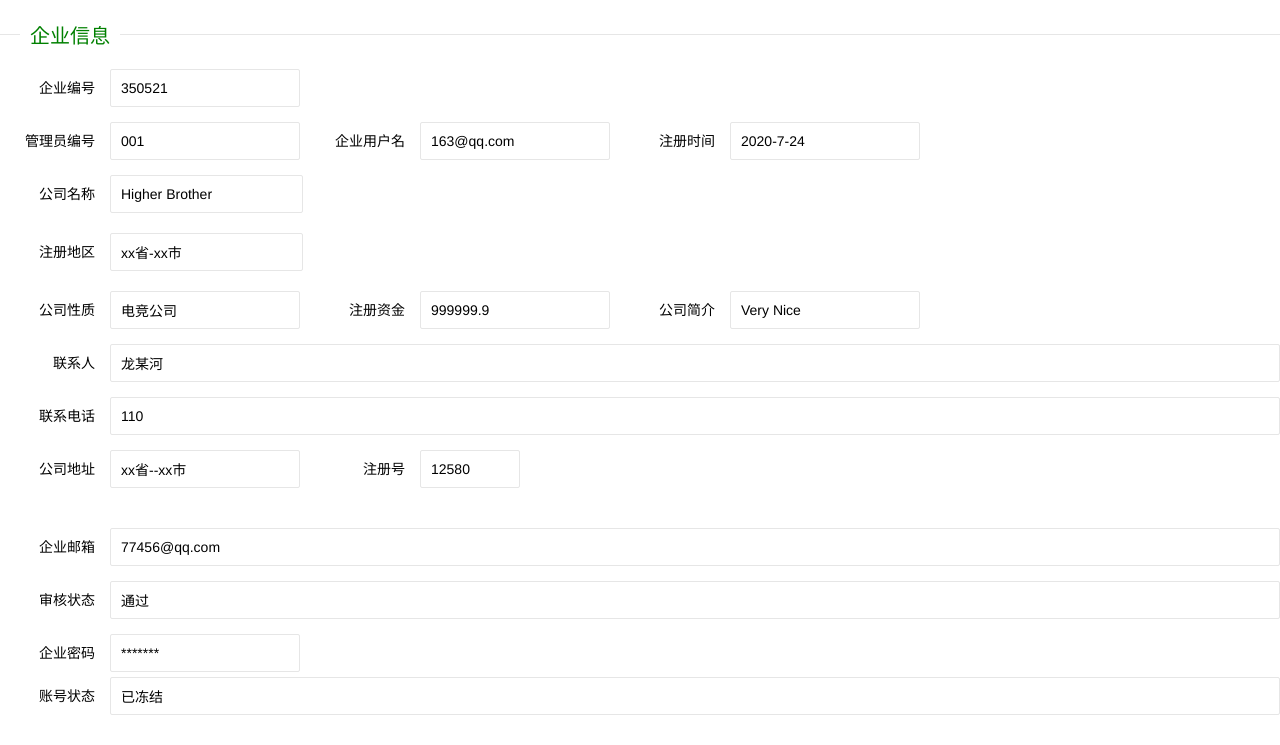
Repository: LongJinhe-coder/java-web-
Page: http://localhost/projectDemo1/displayFirmResume.jsp
These files come from the project's save history. The page is drawn as it stood at one moment and after the next save; the edit follows.
The browser window is 1280 px wide. The pictures show the whole page.
The page is served by Tomcat 9. Other server files are loaded and not shown.

Above is the page before, as saved 2020-07-28 09:46:25.

### MyEclipse CI/projectDemo1/WebRoot/displayFirmResume.jsp
<%@ page language="java" import="java.util.*" pageEncoding="UTF-8"%>
<%
String path = request.getContextPath();
String basePath = request.getScheme()+"://"+request.getServerName()+":"+request.getServerPort()+path+"/";
%>

<!DOCTYPE HTML PUBLIC "-//W3C//DTD HTML 4.01 Transitional//EN">
<html>
  <head>
    <base href="<%=basePath%>">

    <title>My JSP 'personalzhuce.jsp' starting page</title>

	<meta http-equiv="pragma" content="no-cache">
	<meta http-equiv="cache-control" content="no-cache">
	<meta http-equiv="expires" content="0">
	<meta http-equiv="keywords" content="keyword1,keyword2,keyword3">
	<meta http-equiv="description" content="This is my page">
	<!--
	<link rel="stylesheet" type="text/css" href="styles.css">
	-->

 <meta charset="utf-8">
  <title>Layui</title>
  <meta name="renderer" content="webkit">
  <meta http-equiv="X-UA-Compatible" content="IE=edge,chrome=1">
  <meta name="viewport" content="width=device-width, initial-scale=1, maximum-scale=1">
  <link rel="stylesheet" href="layui/css/layui.css"  media="all">
  <!-- 注意：如果你直接复制所有代码到本地，上述css路径需要改成你本地的 -->
  </head>

  <body>
 <fieldset class="layui-elem-field layui-field-title" style="margin-top: 20px;">
  <legend align="left" style="color:green;">企业信息</legend>
</fieldset>
<form class="layui-form" action="">

<div class="layui-form-item">
    <label class="layui-form-label">企业编号</label>
    <div class="layui-input-block">
      <input style="width:190px"type="text" name="firmID" value="350521" readonly="readonly"  autocomplete="off" class="layui-input">
    </div>
  </div>

 <div class="layui-form-item">
    <label class="layui-form-label">管理员编号</label>
    <div class="layui-input-inline">
      <input type="text" name="adminID" value="001" readonly="readonly"  autocomplete="off" class="layui-input">
    </div>
      <label class="layui-form-label">企业用户名</label>
      <div class="layui-input-inline">
        <input type="text" name="firmAccount" value="163@qq.com" readonly="readonly" class="layui-input">
      </div>

      <label class="layui-form-label">注册时间</label>
      <div class="layui-input-inline">
       <input type="text" name="registerTime"  value="2020-7-24" readonly="readonly" class="layui-input">

		</div>
    </div>

   <div class="layui-form-item">
   <div class="layui-inline">
    <label class="layui-form-label">公司名称</label>
    <div class="layui-input-block">
        <input type="text" name="firmName"  value="Higher Brother" readonly="readonly" class="layui-input">
    </div>
  </div>
   </div>

   <div class="layui-form-item">
   <div class="layui-inline">
    <label class="layui-form-label">注册地区</label>
    <div class="layui-input-block">
     <input type="text" name="registerArea"  value="xx省-xx市" readonly="readonly" class="layui-input">
    </div>
  </div>
   </div>

   <div class="layui-form-item">

    <label class="layui-form-label">公司性质</label>
    <div class="layui-input-inline">
      <input type="text" name="firmNature" value="电竞公司" readonly="readonly"  class="layui-input">
    </div>
    <label class="layui-form-label">注册资金</label>
    <div class="layui-input-inline">
      <input type="text" name="registerFund" value="999999.9" readonly="readonly" class="layui-input">
    </div>
    <label class="layui-form-label">公司简介</label>
    <div class="layui-input-inline">
    <input type="text" name="firmBrief" value="Very Nice" readonly="readonly" class="layui-input">
    </div>
  </div>

    <div class="layui-form-item">
    <label class="layui-form-label">联系人</label>
    <div class="layui-input-block">
      <input type="text" name="linkMan" value="龙某河" readonly="readonly" class="layui-input">
    </div>
  </div>

   <div class="layui-form-item">
    <label class="layui-form-label">联系电话</label>
    <div class="layui-input-block">
      <input type="text" name="linkPhone" value="110" readonly="readonly" class="layui-input">
    </div>
  </div>

    <div class="layui-form-item">
    <div class="layui-inline">
    <label class="layui-form-label">公司地址</label>
    <div class="layui-input-inline">
    <input type="text" name="firmArea" value="xx省--xx市" readonly="readonly" class="layui-input">
    </div>
      <label class="layui-form-label">注册号</label>
      <div class="layui-input-inline" style="width: 100px;">
        <input type="text" name="registerNum" value="12580" readonly="readonly" class="layui-input">
      </div>

    </div>

  </div>
   <div class="layui-form-item">
   <div class="layui-inline">

  </div>
   </div>

      <div class="layui-form-item">
    <label class="layui-form-label">企业邮箱</label>
    <div class="layui-input-block">
      <input type="text" name="firmEmail" value="77456@qq.com" readonly="readonly" class="layui-input">
    </div>
  </div>

   <div class="layui-form-item">
    <label class="layui-form-label">审核状态</label>
    <div class="layui-input-block">
      <input type="text" name="checkStatus" value="通过" readonly="readonly" class="layui-input">
    </div>
  </div>


  <div class="layui-form-item">
    <div class="layui-inline">
      <label class="layui-form-label">企业密码</label>
      <div class="layui-input-inline">
        <input type="text" name="frimpwd"  value="*******" readonly="readonly" class="layui-input">
      </div>
    </div>


     <div class="layui-form-item">

      <label class="layui-form-label">账号状态</label>
      <div class="layui-input-block">
        <input type="text" name="accountStatus"  value="已冻结" readonly="readonly" class="layui-input">
      </div>
    </div>
    </div>
  </form>
<script src="layui/layui.js" charset="utf-8"></script>
<!-- 注意：如果你直接复制所有代码到本地，上述js路径需要改成你本地的 -->

  </body>
</html>

Loaded but not shown: MyEclipse CI/projectDemo1/WebRoot/layui/css/layui.css (library); MyEclipse CI/projectDemo1/WebRoot/layui/layui.js (library)

After the next save:
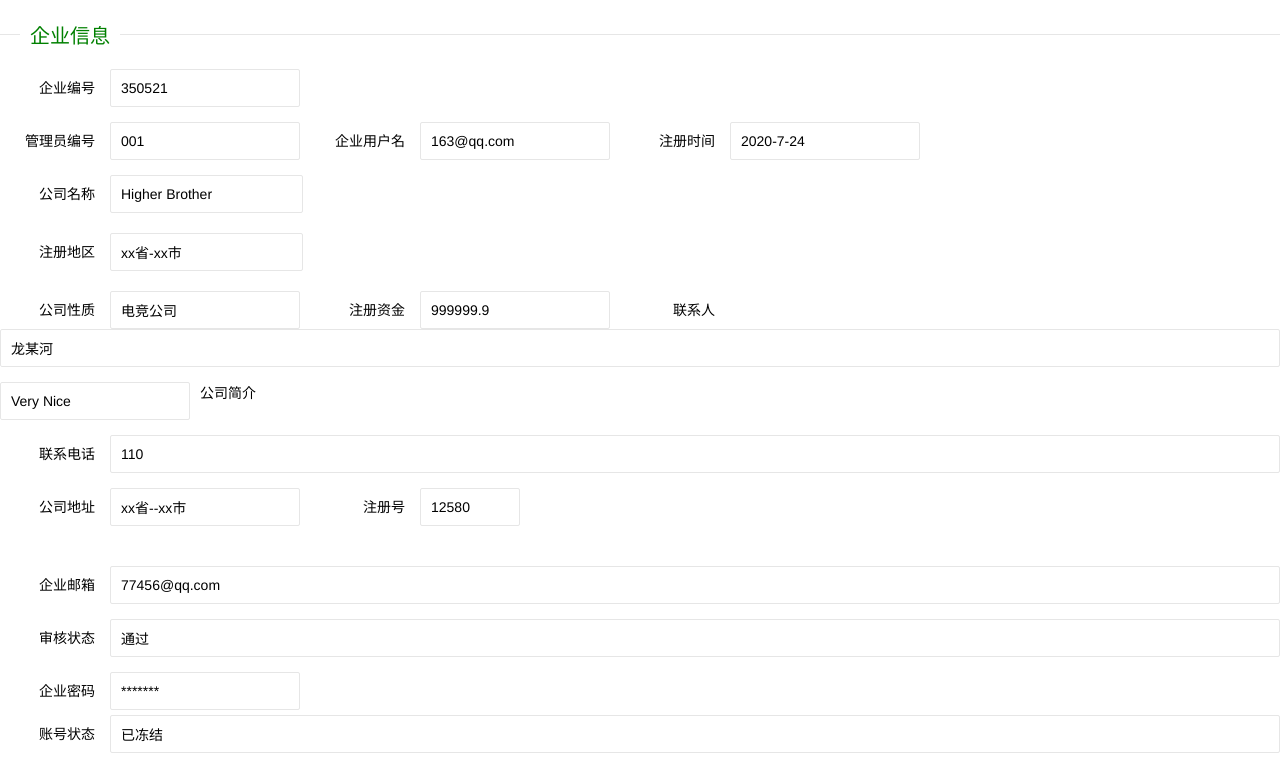
Saved 46 s later.
--- a/MyEclipse CI/projectDemo1/WebRoot/displayFirmResume.jsp
+++ b/MyEclipse CI/projectDemo1/WebRoot/displayFirmResume.jsp
@@ -87,16 +87,16 @@ String basePath = request.getScheme()+"://"+request.getServerName()+":"+request.
     <div class="layui-input-inline">
       <input type="text" name="registerFund" value="999999.9" readonly="readonly" class="layui-input">
     </div>
-    <label class="layui-form-label">公司简介</label>
-    <div class="layui-input-inline">
-    <input type="text" name="firmBrief" value="Very Nice" readonly="readonly" class="layui-input">
+    <label class="layui-form-label">联系人</label>
+    <div class="layui-input-label">
+      <input type="text" name="linkMan" value="龙某河" readonly="readonly" class="layui-input">
     </div>
   </div>
 
     <div class="layui-form-item">
-    <label class="layui-form-label">联系人</label>
-    <div class="layui-input-block">
-      <input type="text" name="linkMan" value="龙某河" readonly="readonly" class="layui-input">
+     <label class="layui-form-block">公司简介</label>
+    <div class="layui-input-inline">
+    <input type="text" name="firmBrief" value="Very Nice" readonly="readonly" class="layui-input">
     </div>
   </div>
 
